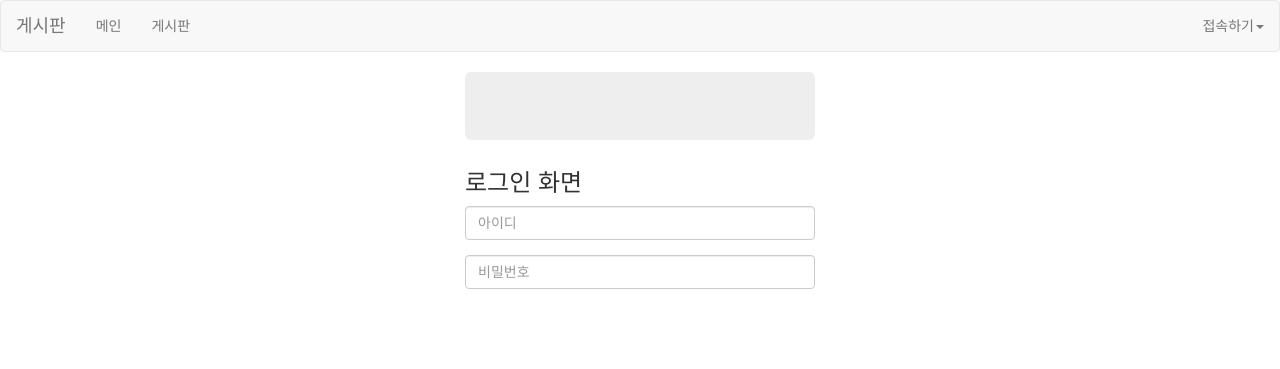
Repository: hojun324/myproject
Page: http://localhost/BBS/login.jsp
The author's editor kept a copy of each file at every save. The page is drawn from the files as they stood at one save, then again after the next save.
The browser window is 1280 px wide. The pictures show the whole page.
Some web libraries are served in a nearby version. The page is served by Tomcat 9.

Above is the page before, as saved 2021-04-16 07:22:21.

After the next save:
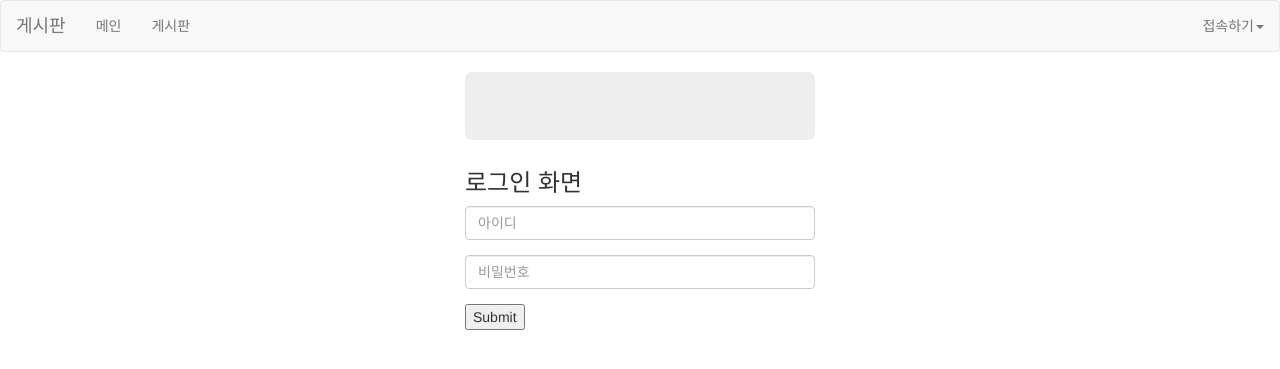
Saved 22 s later.
--- a/java/BBS/WebContent/login.jsp
+++ b/java/BBS/WebContent/login.jsp
@@ -51,6 +51,7 @@
 					<input type="password" class="form-control" placeholder="비밀번호"
 						name="userPassword" maxlength="20">
 				</div>
+				<input type="submit">
 			</form>
 
 		</div>
